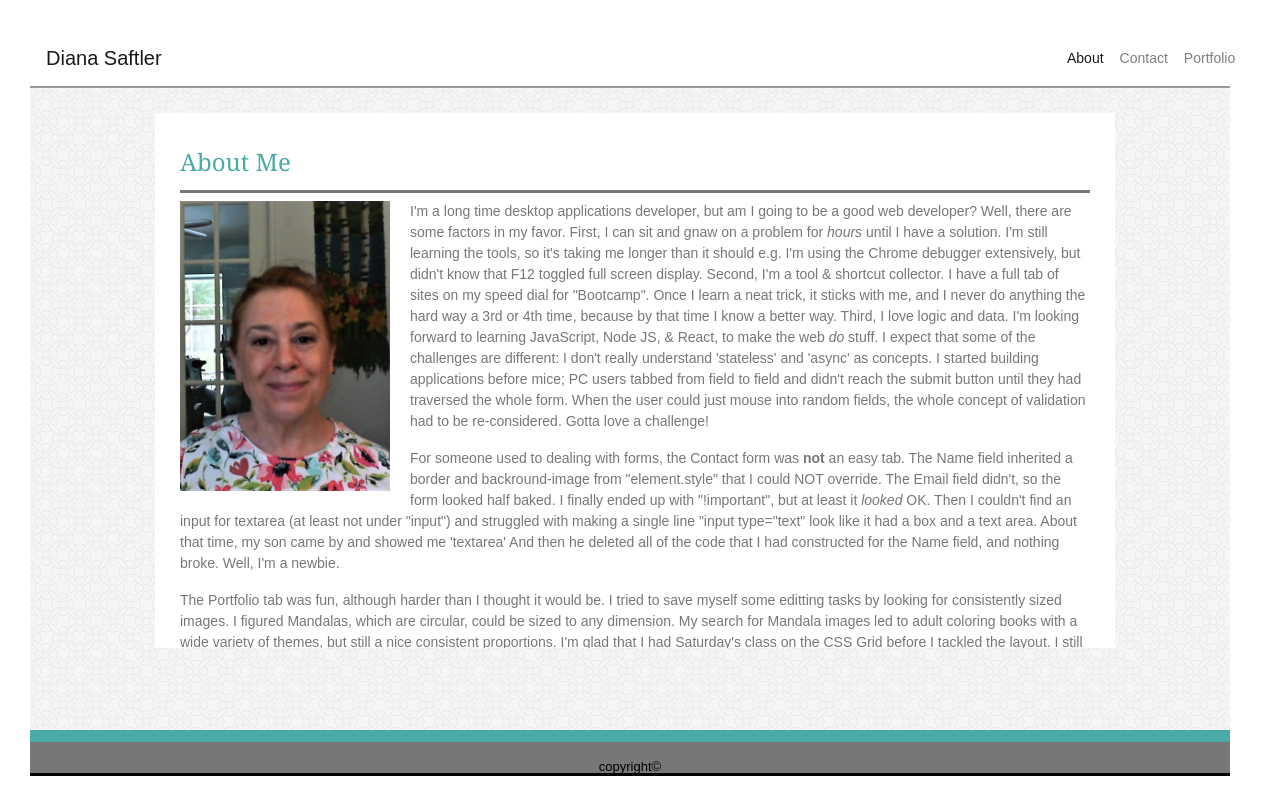
Repository: dsaftler/Bootstrap-Portfolio
Page: index.html
An editor plug-in stored every save of this project. The page is shown before and after the next save, followed by the edit.
The browser window is 1280 px wide. The pictures show the whole page.
An inner scrolling area shows only its first screen.

Above is the page before, as saved 2019-03-20 22:12:15.

### index.html
<!DOCTYPE html>
<html lang="en">
<head>
    <title>Diana Saftler Portfolio</title>
    <meta name="viewport" content="width=device-width, initial-scale=1, shrink-to-fit=no">
    <link rel="stylesheet" href="https://maxcdn.bootstrapcdn.com/bootstrap/4.0.0/css/bootstrap.min.css" integrity="sha384-Gn5384xqQ1aoWXA+058RXPxPg6fy4IWvTNh0E263XmFcJlSAwiGgFAW/dAiS6JXm" crossorigin="anonymous">
    <link rel="stylesheet" href="assets/css/style.css">
    <link rel="icon" href="assets/images/Peony.jpg" type="image/jpg" sizes="16x16">
    <meta charset="UTD-8">
</head>
<body>
    <nav class="navbar navbar-expand-lg navbar-light" "style="background-color: #e3f2fd;">
        <a class="navbar-brand" href="#">Diana Saftler</a>
        <button class="navbar-toggler" type="button" data-toggle="collapse" data-target="#navbarSupportedContent" aria-controls="navbarSupportedContent" aria-expanded="false" aria-label="Toggle navigation">
          <span class="navbar-toggler-icon"></span>
        </button>

        <div class="collapse navbar-collapse" id="navbarSupportedContent">
          <ul class="navbar-nav ml-auto">
            <li class="nav-item active">
              <a class="nav-link"href="index.html">About<span class="sr-only">(current)</span></a>
            </li>
            <li class="nav-item">
              <a class="nav-link" href="contact.html">Contact</a>
            </li>
            <li class="nav-item">
                <a class="nav-link"  href="portfolio.html">Portfolio</a>
             </li>
          </ul>
        </div>
      </nav>
  <!-- <nav class="navbar navbar-expand-lg" style="background-color: #4aaaa5; color:rgb(181, 247, 247)">
    <a class="navbar-brand" style="color: white" href="#">Diana Saftler</a></nav>
    <div class="collapse navbar-collapse" id="navbarSupportedContent">
      <ul class="navbar-nav mr-auto">
        <li class="nav-item active"><a class="nav-link" style="color: rgb(181, 247, 247)" href="index.html">About</a></li>
        <li class="nav-item"><a class="nav-link" style="color: rgb(181, 247, 247)"  href="contact.html">Contact</a></li>
        <li class="nav-item"><a class="nav-link" style="color: rgb(181, 247, 247)"  href="portfolio.html">Portfolio</a></li>
      </ul>
    </div> -->




        <!-- <ul>
            <li><a href="index.html">About</a></li>
            <li><a href="contact.html">Contact</a></li>
            <li><a href="portfolio.html">Portfolio</a></li>
        </ul> -->

    <div class="bg-pattern">
        <div class="center-panel">
                <h2>About Me</h2>
            <img class="image_about" src="assets/images/photo.jpg" alt="in my office">
            <p>I'm a long time desktop applications developer, but am I going to be a good web developer?  Well, there are some factors in my favor.  First, I can sit and gnaw on a problem for <em>hours</em> until I have a solution.  I'm still learning the tools, so it's taking me longer than it should e.g. I'm using the Chrome debugger extensively, but didn't know that F12 toggled full screen display. Second, I'm a tool & shortcut collector.  I have a full tab of sites on my speed dial for "Bootcamp".  Once I learn a neat trick, it sticks with me, and I never do anything the hard way a 3rd or 4th time, because by that time I know a better way.  Third, I love logic and data.  I'm looking forward to learning JavaScript, Node JS, & React, to make the web <em>do</em> stuff.  I expect that some of the challenges are different: I don't really understand 'stateless' and 'async' as concepts.  I started building applications before mice;  PC users tabbed from field to field and didn't reach the submit button until they had traversed the whole form.  When the user could just mouse into random fields, the whole concept of validation had to be re-considered. Gotta love a challenge!
            </p>
            <p>For someone used to dealing with forms, the Contact form was <strong>not</strong> an easy tab. The Name field inherited a border and backround-image from "element.style" that I could NOT override. The Email field didn't, so the form looked half baked.  I finally ended up with "!important", but at least it <em>looked</em> OK.  Then I couldn't find an input for textarea (at least not under "input") and struggled with making a single line "input type="text" look like it had a box and a text area.  About that time, my son came by and showed me 'textarea'  And then he deleted all of the code that I had constructed for the Name field, and nothing broke. Well, I'm a newbie. </p>
            <p>The Portfolio tab was fun, although harder than I thought it would be.  I tried to save myself some editting tasks by looking for consistently sized images.  I figured Mandalas, which are circular, could be sized to any dimension.  My search for Mandala images led to adult coloring books with a wide variety of themes, but still a nice consistent proportions. I'm glad that I had Saturday's class on the CSS Grid before I tackled the layout.  I still had trouble getting the images to wrap left, but once I got that solved  with 2 images, it was easy to do them all without even needing rows.  I also added hover, 'tool tips', and links to the full sized images.  Print some out and spend some time with your crayolas!</p>


        </div>
    </div>
    <footer>copyright&copy</footer>
</body>
</html>

### Assets/CSS/style.css
* {
    box-sizing: border-box;
}

body {
    font-size: 14px;
    font-family: Arial, "Helvetica Neue", Helvetica, sans-serif;
    background-color: #ffffff;
    padding: 30px;
    color:  #777777;

}
header{
    left: 80px;
    background-color: #ffffff;
    height: 25px;
    width: 1200px;
}
footer {
    color: black;
    font-size: small;
    text-align: center;
    padding: 15px;
    clear: both;
    background-color: #777777;
    height: 40px;
    width: 1200px;
    border-style: solid;
    border-top-color: #4aaaa5;
    border-top-width: 6px;
    border-left-width: 0;
    border-right-width: 0;
}
p {
    padding: 0 0 10 0;
}

.bg-pattern {
    clear: both;
  /* margin-top: 40px; */
  padding: 50px;
  padding-top: 5px;
  /* background-color: #b1f3f3;  */
  height: 650px;
  width: 1200px;

  background-image: url("../images/circles-light.png");
  border-style: solid;
  border-top-color: #999a9b;
  border-top-width: 2px;
  border-left-width: 0;
  border-right-width: 0;
  border-bottom-color: #4aaaa5;
  border-bottom-width: 6px;

}

.center-panel {
    clear: both;
    display: inline-block;
    /* position: absolute; */
    top: 150px;
    right: 0;
    bottom: 0;
    left: 0;
    margin-left: 75px;
    margin-top: 20px;
    width: 960px;
    height: 535px;
    background-color: #ffffff;
    padding: 25px;
    overflow: auto;
    z-index: 1;

}

ul {
    list-style-type: none;
    margin: 0;
    padding: 0;
}

li a {
    display: block;
    width: 60 px;
}



ul {
    list-style-type: none;
    margin: 0;
    padding: 0;
    float: right;
    width: 175px;
}

li { display: inline-block; }

li a {
    color: #777777;
    text-decoration: none;
    padding: 5px;
}

li a:hover {
    background-color: #4aaaa5;
    color: white;

}
h1, h2 {font-family: Georgia, Times, "Times New Roman", serif;}
h1 {
    float: left;
    box-shadow: 10px 0px 0px 0px #4aaaa5, -10px 0px 0px 0px #4aaaa5;

    height: 65px;
    /* width: 200px; */

    top: 0;
    margin: 0;
    margin-left: 135px;

    background-color: #4aaaa5;
    color: white;
    font-size: 30px;
    text-align: center;
    padding: 10px 0;
    /* padding: 10px; */
}

h2 {
    font-size: 24px;
    margin-top: 10px;
    color: #4aaaa5;
    padding-bottom: 13px;
    border-bottom: 3px solid #777777;
}
h4 { margin: 3px}


.image_about {
    float: left;
    padding-right: 20px;
    padding-bottom: 20px;
    width: 230px;
    height: 310px;
}

input[type="text"] {
    width : 450px;
    margin: 0;
    padding: 2px;
    padding-left: 10px;
    -webkit-box-sizing: border-box; /* For legacy WebKit based browsers */
       -moz-box-sizing: border-box; /* For legacy (Firefox <29) Gecko based browsers */
            box-sizing: border-box;
}

.textbox {
    border:1px solid  #777777;
    padding: 10px;
    width: 650;
    height: 175px;
    font-size: 13.33px;
    font-family: Arial, Helvetica, sans-serif;
}
.submit {
    display: block;
    width: 60px;
    height: 29px;
    background-color: #4aaaa5;
    color: #ffffff;
    font-weight: bold;
}
.portfolio {
    max-width:100%;
    max-height: 100%
   }
.content {
    padding: 6px;
    float: left;
}

.row {
    margin: 0;
    height: 225px;
}
.row,
.row > .column {
    padding: 5 px;
}
.col {
   float:left;
    height: 225px;
     width: 25%;
     margin: 0;
}
.row:after {
    content: "";
    display: table;
    clear: both;
}
.gallery {
    border: 2px solid #4aaaa5;
    padding: 10px;
    height: 200px;
    width: 200px;
}
.gallery:hover {
    border-color: #06faee;
}
.box {
    height:150px;
    border: solid;
    border-width: 1px;

}
/* portfolio page */

.work {
    position: relative;
    float: left;
    width: 274px;
    margin: 20px 0 25px;
    overflow: auto;
  }

  .work:nth-child(even) {
    margin-right: 40px;
  }

  .work img {
    width: 100%;
    border: 0 none;
    opacity: 0.8;
  }

  .work h3 {
    position: absolute;
    bottom: 20px;
    width: 100%;
    padding: 15px;
    margin-bottom: 0;
    font-weight: 300;
    line-height: 30px;
    color: #ffffff;
    text-align: center;
    background: #4aaaa5;
    border-bottom: 0;
  }

  .auth-image {
    float: left;
    width: 200px;
    height: auto;
    margin-top: 10px;
    margin-right: 25px;
  }
  #masthead {
    position: fixed;
    z-index: 99;
    width: 100%;
    margin: 0 0 30px;
    overflow: auto;
    color: #ffffff;
    background: #ffffff;
    border-bottom: 2px solid #cccccc;
  }

  #logo {
    float: left;
    width: 250px;
    height: 90px;
    font-family: Georgia, Times, "Times New Roman", serif;
    font-size: 30px;
    font-weight: 700;
    line-height: 90px;
    color: #ffffff;
    text-align: center;
    text-decoration: none;
    background: #4aaaa5;
  }
  #main-container {
    padding-top: 130px;
    min-height: calc(100vh - 70px);
  }

  .main-section {
    float: left;
    width: 100%;
    max-width: 960px;
    padding: 30px;
    margin: 0 0 40px;
    background: #ffffff;
    border: 1px solid #dddddd;
  }

After the next save:
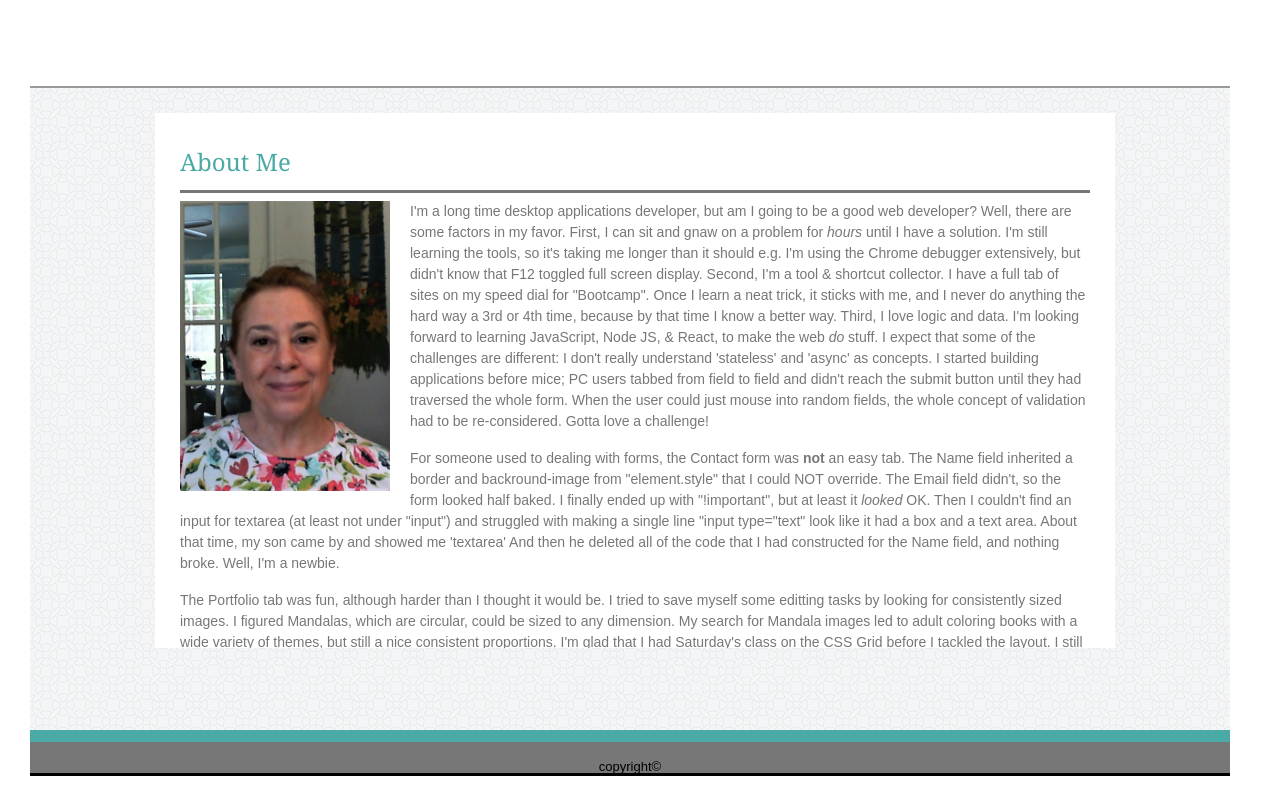
Saved 3 min 54 s later.
--- a/index.html
+++ b/index.html
@@ -9,7 +9,7 @@
     <meta charset="UTD-8">
 </head>
 <body>
-    <nav class="navbar navbar-expand-lg navbar-light" "style="background-color: #e3f2fd;">
+    <nav class="navbar navbar-expand-lg navbar-dark" "style="background-color: #e3f2fd;">
         <a class="navbar-brand" href="#">Diana Saftler</a>
         <button class="navbar-toggler" type="button" data-toggle="collapse" data-target="#navbarSupportedContent" aria-controls="navbarSupportedContent" aria-expanded="false" aria-label="Toggle navigation">
           <span class="navbar-toggler-icon"></span>

After the save that followed:
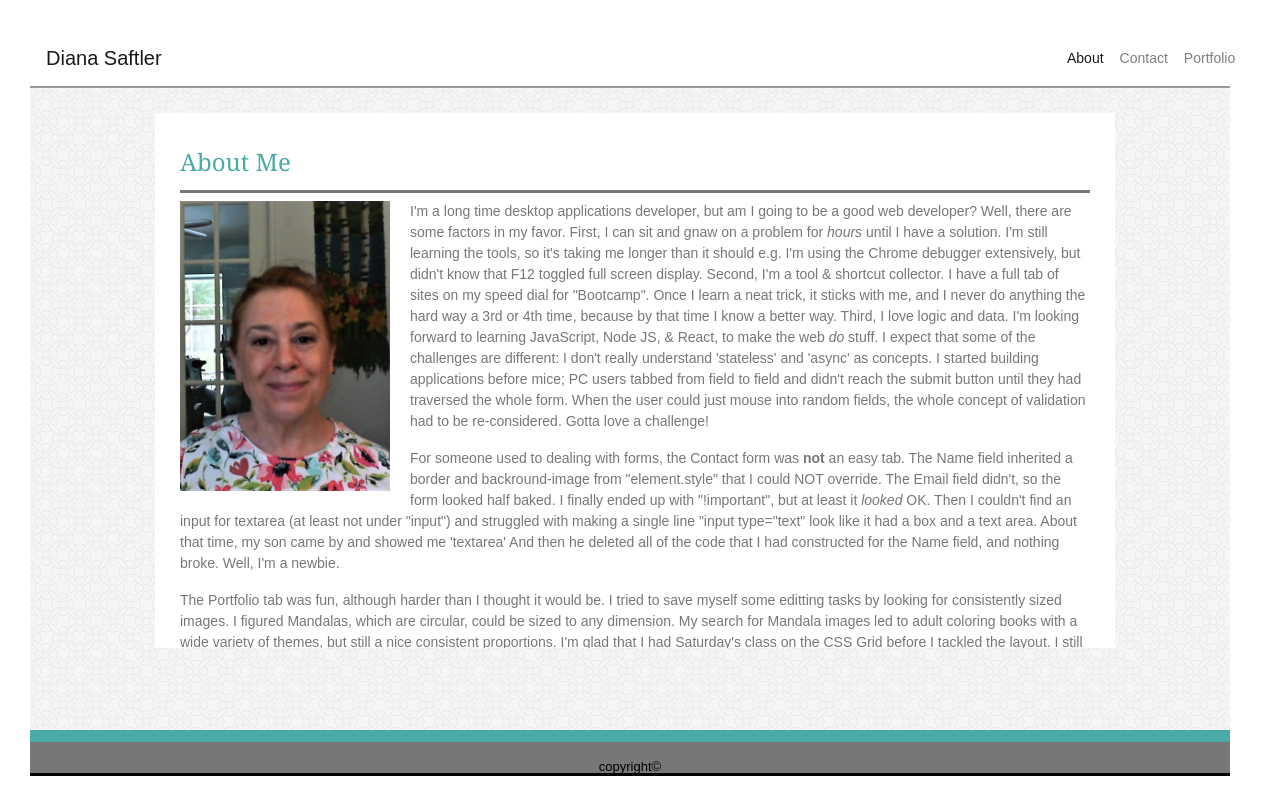
Saved 18 s later.
--- a/index.html
+++ b/index.html
@@ -9,7 +9,7 @@
     <meta charset="UTD-8">
 </head>
 <body>
-    <nav class="navbar navbar-expand-lg navbar-dark" "style="background-color: #e3f2fd;">
+    <nav class="navbar navbar-expand-lg navbar-light" "style="background-color: #e3f2fd;">
         <a class="navbar-brand" href="#">Diana Saftler</a>
         <button class="navbar-toggler" type="button" data-toggle="collapse" data-target="#navbarSupportedContent" aria-controls="navbarSupportedContent" aria-expanded="false" aria-label="Toggle navigation">
           <span class="navbar-toggler-icon"></span>
